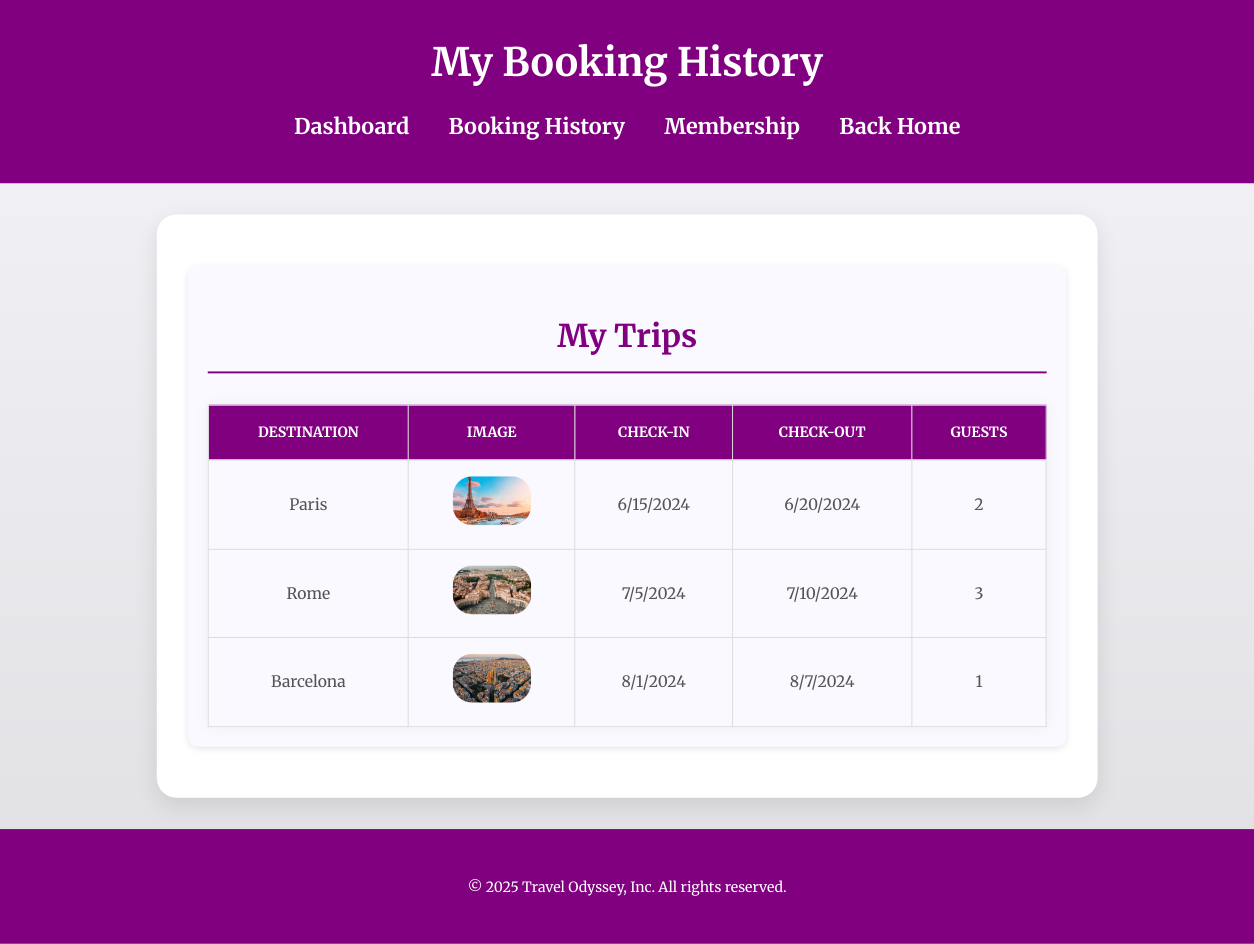
Repository: GHzPhoenix/Project-Odyssey
Page: Frontend/booking-history.html
These files come from the project's save history. The page is drawn as it stood at one moment and after the next save; the edit follows.
The browser window is 1280 px wide. The pictures show the whole page, at 98% of full size.
The page's requests for data from a server got no answer.

Above is the page before, as saved 2025-06-09 01:32:57.

### Frontend/booking-history.html
<!DOCTYPE html>
<html lang="en">
  <head>
    <meta charset="UTF-8" />
    <meta name="viewport" content="width=device-width, initial-scale=1.0" />
    <title>Booking History</title>
    <link rel="stylesheet" href="/Frontend/css/dashboard.css" />
    <link rel="stylesheet" href="/Frontend/css/booking-history.css" />
    <link
      href="https://fonts.googleapis.com/css2?family=Merriweather:wght@400;700&display=swap"
      rel="stylesheet"
    />
  </head>
  <body>
    <header>
      <h1>My Booking History</h1>
      <nav>
        <a href="dashboard.html">Dashboard</a>
        <a href="booking-history.html">Booking History</a>
        <a href="membership-confirmation.html">Membership</a>
        <a href="index.html">Back Home</a>
      </nav>
    </header>

    <main>
      <section class="bookings dashboard-section">
        <h2>My Trips</h2>
        <table class="booking-table">
          <thead>
            <tr>
              <th>Destination</th>
              <th>Image</th>
              <th>Check-in</th>
              <th>Check-out</th>
              <th>Guests</th>
            </tr>
          </thead>
          <tbody id="booking-table-body">
            <tr>
              <td colspan="5">Loading your bookings…</td>
            </tr>
          </tbody>
        </table>
      </section>
    </main>

    <footer class="footer">
      <div class="footer-container"></div>
      <div class="footer-bottom">
        <p>© 2025 Travel Odyssey, Inc. All rights reserved.</p>
      </div>
    </footer>

    <script>
      function toggleMenu() {
        document.querySelector(".nav-menu").classList.toggle("active");
      }

      const fallbackBookings = [
        {
          destination: "Paris",
          image: "../Frontend/assets/paris.jpg",
          start_date: "2024-06-15",
          end_date: "2024-06-20",
          guests: 2,
        },
        {
          destination: "Rome",
          image: "../Frontend/assets/rome.jpg",
          start_date: "2024-07-05",
          end_date: "2024-07-10",
          guests: 3,
        },
        {
          destination: "Barcelona",
          image: "../Frontend/assets/barcelona.jpg",
          start_date: "2024-08-01",
          end_date: "2024-08-07",
          guests: 1,
        },
      ];

      async function loadBookings() {
        const tbody = document.getElementById("booking-table-body");
        const token = localStorage.getItem("token");

        try {
          const res = await fetch("http://127.0.0.1:5001/api/bookings", {
            headers: { Authorization: `Bearer ${token}` },
          });
          const data = await res.json();

          const bookings =
            Array.isArray(data) && data.length > 0 ? data : fallbackBookings;

          tbody.innerHTML = "";

          bookings.forEach((b) => {
            const tr = document.createElement("tr");
            const imgUrl =
              b.image ||
              fallbackBookings.find((f) => f.destination === b.destination)
                ?.image ||
              fallbackBookings[0].image;

            tr.innerHTML = `
              <td>${b.destination}</td>
              <td><img src="${imgUrl}" alt="${
              b.destination
            }" class="booking-thumb"/></td>
              <td>${new Date(b.start_date).toLocaleDateString()}</td>
              <td>${new Date(b.end_date).toLocaleDateString()}</td>
              <td>${b.guests}</td>
            `;
            tbody.appendChild(tr);
          });
        } catch (err) {
          console.error("Error fetching bookings:", err);
          tbody.innerHTML = "";
          fallbackBookings.forEach((b) => {
            const tr = document.createElement("tr");
            tr.innerHTML = `
              <td>${b.destination}</td>
              <td><img src="${b.image}" alt="${
              b.destination
            }" class="booking-thumb"/></td>
              <td>${new Date(b.start_date).toLocaleDateString()}</td>
              <td>${new Date(b.end_date).toLocaleDateString()}</td>
              <td>${b.guests}</td>
            `;
            tbody.appendChild(tr);
          });
        }
      }

      document.addEventListener("DOMContentLoaded", loadBookings);
    </script>
  </body>
</html>

### Frontend/css/dashboard.css
:root {
  --color-primary: purple;
  --color-accent: #ff6f91;
  --color-bg-light: #f4f4f9;
  --color-bg-lighter: #e0e0e3;
  --color-text: #333;
  --color-text-light: #555;
  --radius: 1.25rem;
  --spacing-sm: 0.5rem;
  --spacing-md: 1rem;
  --spacing-lg: 2rem;
  --font-base: 1rem;
  --font-scale: 1.125rem;
}
body {
  font-family: "Merriweather", serif;
  background: linear-gradient(to bottom, #f4f4f9, #e0e0e3);
  margin: 0;
  padding: 0;
}

header {
  background-color: purple;
  color: white;
  text-align: center;
  padding: 20px;
  font-size: 22px;
  font-weight: bold;
}

nav {
  display: flex;
  justify-content: center;
  flex-wrap: wrap;
  gap: var(--spacing-sm);
}

nav a {
  display: inline-block;
  padding: var(--spacing-sm) var(--spacing-md);
  background-color: var(--color-primary);
  color: #fff;
  text-decoration: none;
  font-weight: 600;
  border-radius: var(--radius);
  transition: background-color 0.3s ease;
}

nav a:hover {
  background-color: var(--color-accent);
  color: #fff;
}
.menu-toggle {
  display: none;
  flex-direction: column;
  cursor: pointer;
}

.menu-toggle div {
  width: 28px;
  height: 3px;
  background-color: white;
  margin: 4px 0;
}

@media (max-width: 768px) {
  nav ul {
    flex-direction: column;
    width: 100%;
    display: none;
    background-color: purple;
    margin-top: 10px;
    padding: 10px 0;
  }

  nav ul.active {
    display: flex;
  }

  .menu-toggle {
    display: flex;
  }

  nav ul li {
    width: 100%;
    text-align: center;
  }
}

main {
  max-width: 1000px;
  margin: 30px auto;
  padding: 30px;
  background-color: white;
  border-radius: 12px;
  box-shadow: 0px 5px 15px rgba(0, 0, 0, 0.1);
}

h2 {
  color: purple;
  font-size: 24px;
  margin-bottom: 20px;
  text-align: center;
  border-bottom: 2px solid purple;
  padding-bottom: 10px;
}

.dashboard-section {
  margin: 20px 0;
  padding: 20px;
  background-color: #f9f9ff;
  border-radius: 10px;
  box-shadow: 0px 2px 8px rgba(0, 0, 0, 0.1);
}

.dashboard-section h3 {
  font-size: 20px;
  color: purple;
  margin-bottom: 10px;
}

.deals-container {
  display: grid;
  grid-template-columns: repeat(auto-fit, minmax(280px, 1fr));
  gap: 1.5rem;
  margin-top: 2rem;
  padding: 0;
}

.deal-card {
  background-color: #fff;
  border-radius: 12px;
  overflow: hidden;
  box-shadow: 0 4px 10px rgba(0, 0, 0, 0.1);
  transition: transform 0.2s ease, box-shadow 0.2s ease;
  display: flex;
  flex-direction: column;
}

.deal-card:hover {
  transform: translateY(-4px);
  box-shadow: 0 6px 14px rgba(0, 0, 0, 0.15);
}

.deal-card img {
  width: 100%;
  height: 180px;
  object-fit: cover;
  display: block;
}

.deal-card-body {
  padding: 1rem;
  flex: 1;
  display: flex;
  flex-direction: column;
}

.deal-card-body h3 {
  margin: 0 0 0.5rem;
  font-size: 1.25rem;
  color: purple;
}

.deal-card-body p {
  margin: 0.25rem 0;
  color: #555;
  font-size: 0.95rem;
  flex: 1;
}

.card-button {
  display: inline-block;
  background-color: purple;
  color: #fff;
  text-decoration: none;
  padding: 0.5rem 1rem;
  border-radius: 20px;
  font-weight: bold;
  font-size: 0.95rem;
  text-align: center;
  transition: background-color 0.3s ease;
  margin-top: 1rem;
}

.card-button:hover {
  background-color: #ff6f91;
  color: #fff;
}

.no-deals {
  text-align: center;
  font-size: 1rem;
  color: #555;
  margin-top: 2rem;
}

@media (max-width: 600px) {
  .deals-container {
    grid-template-columns: 1fr;
  }
  .deal-card img {
    height: 200px;
  }
}

.dashboard-section p {
  font-size: 16px;
  color: #555;
}

.button {
  background-color: purple;
  color: white;
  padding: 10px 18px;
  border-radius: 25px;
  text-decoration: none;
  display: inline-block;
  margin-top: 15px;
  font-weight: bold;
  transition: background 0.3s ease-in-out;
}

.button:hover {
  background-color: #ff3b72;
}

footer {
  background-color: purple;
  color: white;
  text-align: center;
  padding: 20px;
  margin-top: 40px;
}

@media (max-width: 768px) {
  main {
    margin: 20px;
    padding: 20px;
  }
}

### Frontend/css/booking-history.css
:root {
  --color-primary: purple;
  --color-accent: #ff6f91;
  --color-bg-light: #f4f4f9;
  --color-bg-lighter: #e0e0e3;
  --color-text: #333;
  --color-text-light: #555;
  --radius: 1.25rem;
  --spacing-sm: 0.5rem;
  --spacing-md: 1rem;
  --spacing-lg: 2rem;
  --font-base: 1rem;
  --font-scale: 1.125rem;
}

*,
*::before,
*::after {
  box-sizing: border-box;
}

body {
  margin: 0;
  padding: 0;
  font-family: "Merriweather", serif;
  background: linear-gradient(
    to bottom,
    var(--color-bg-light),
    var(--color-bg-lighter)
  );
  color: var(--color-text);
  line-height: 1.6;
  font-size: var(--font-base);
}

header {
  background-color: var(--color-primary);
  color: #fff;
  padding: var(--spacing-lg) var(--spacing-md);
  text-align: center;
}

header h1 {
  margin: 0 0 var(--spacing-sm);
  font-size: 2.5rem;
}

nav {
  display: flex;
  justify-content: center;
  flex-wrap: wrap;
  gap: var(--spacing-sm);
}

nav a {
  display: inline-block;
  padding: var(--spacing-sm) var(--spacing-md);
  background-color: var(--color-primary);
  color: #fff;
  text-decoration: none;
  font-weight: 600;
  border-radius: var(--radius);
  transition: background-color 0.3s ease;
}

nav a:hover {
  background-color: var(--color-accent);
  color: #fff;
}

main {
  max-width: 60rem;
  margin: var(--spacing-lg) auto;
  padding: var(--spacing-lg);
  background: #fff;
  border-radius: var(--radius);
  box-shadow: 0 0.5rem 1.5rem rgba(0, 0, 0, 0.1);
}

.bookings h2 {
  font-size: 2rem;
  color: var(--color-primary);
  text-align: center;
  margin-bottom: var(--spacing-lg);
}

.booking-table {
  width: 100%;
  border-collapse: collapse;
  font-size: var(--font-base);
  background: #fdfdff;
  box-shadow: 0 0 1rem rgba(0, 0, 0, 0.05);
}

.booking-table th,
.booking-table td {
  padding: var(--spacing-md);
  border: 1px solid #ddd;
  text-align: center;
}

.booking-table th {
  background-color: var(--color-primary);
  color: #fff;
  text-transform: uppercase;
  font-size: 0.9rem;
}

.booking-table td {
  background-color: #f9f9ff;
  color: var(--color-text-light);
}

.booking-thumb {
  width: 80px;
  height: 50px;
  object-fit: cover;
  border-radius: var(--radius);
}

.preview-gallery {
  margin-top: var(--spacing-lg);
  text-align: center;
}

.preview-gallery h2 {
  font-size: 2rem;
  color: var(--color-primary);
  margin-bottom: var(--spacing-lg);
}

.image-grid {
  display: grid;
  grid-template-columns: repeat(auto-fit, minmax(12rem, 1fr));
  gap: var(--spacing-lg);
}

.image-card {
  background: #fff;
  border-radius: var(--radius);
  box-shadow: 0 0.5rem 1.5rem rgba(0, 0, 0, 0.1);
  overflow: hidden;
  transition: transform 0.3s ease, box-shadow 0.3s ease;
}

.image-card:hover {
  transform: translateY(-0.5rem);
  box-shadow: 0 1rem 2rem rgba(0, 0, 0, 0.2);
}

.image-card img {
  width: 100%;
  height: 12rem;
  object-fit: cover;
  border-bottom: 0.25rem solid var(--color-primary);
}

.image-card p {
  margin: 0;
  padding: var(--spacing-md);
  font-size: var(--font-scale);
  color: var(--color-primary);
  font-weight: 700;
}

.footer {
  background-color: var(--color-primary);
  color: #fff;
  text-align: center;
  padding: var(--spacing-lg) var(--spacing-md);
  margin-top: var(--spacing-lg);
}

.footer-bottom {
  margin-top: var(--spacing-md);
  font-size: 0.9rem;
}

@media (max-width: 768px) {
  header h1 {
    font-size: 2rem;
  }

  nav a {
    margin: var(--spacing-sm) 0;
    width: 90%;
    text-align: center;
  }

  .booking-table,
  .booking-table th,
  .booking-table td {
    font-size: 0.9rem;
  }

  main {
    padding: var(--spacing-md);
    margin: var(--spacing-md);
  }
}

After the next save:
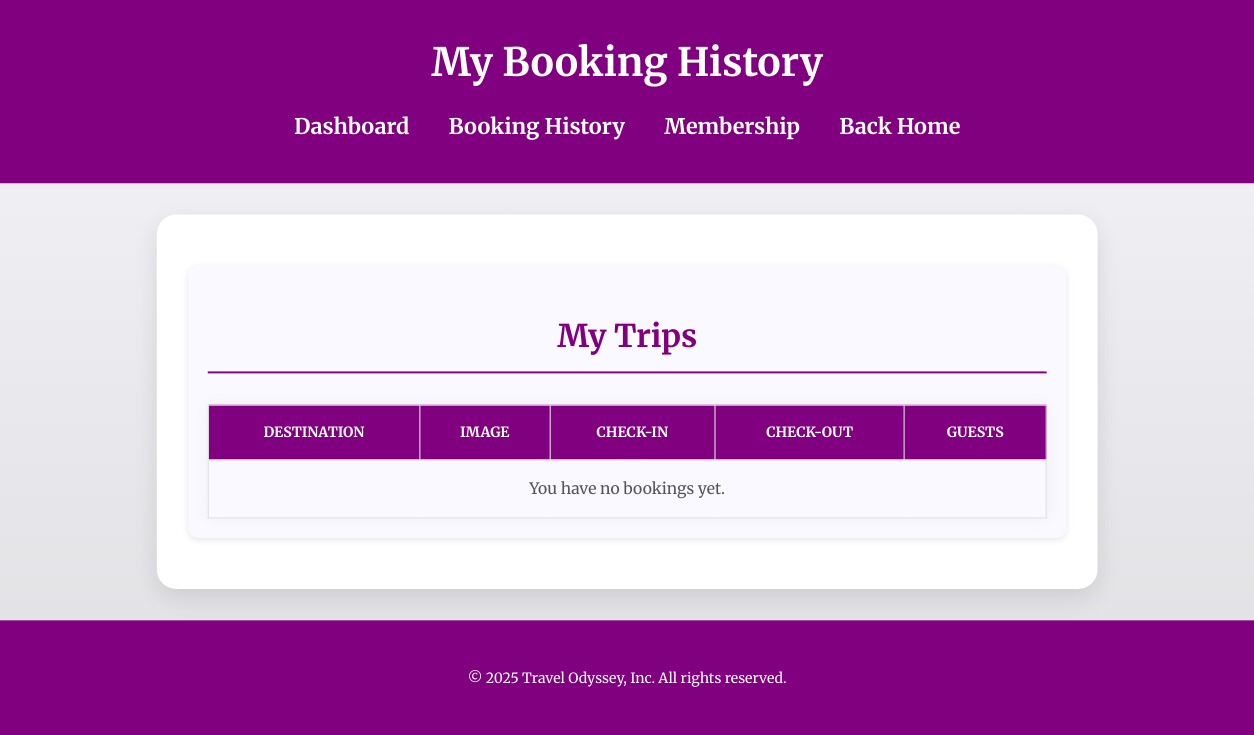
Saved 2 min 14 s later.
--- a/Frontend/booking-history.html
+++ b/Frontend/booking-history.html
@@ -52,85 +52,61 @@
     </footer>
 
     <script>
-      function toggleMenu() {
-        document.querySelector(".nav-menu").classList.toggle("active");
+      async function fetchJSON(url, opts = {}) {
+        const token = localStorage.getItem("token");
+        opts.headers = {
+          ...(opts.headers || {}),
+          "Content-Type": "application/json",
+          Authorization: token ? `Bearer ${token}` : "",
+        };
+        const res = await fetch(url, opts);
+        if (!res.ok) throw await res.json();
+        return res.json();
       }
-
-      const fallbackBookings = [
-        {
-          destination: "Paris",
-          image: "../Frontend/assets/paris.jpg",
-          start_date: "2024-06-15",
-          end_date: "2024-06-20",
-          guests: 2,
-        },
-        {
-          destination: "Rome",
-          image: "../Frontend/assets/rome.jpg",
-          start_date: "2024-07-05",
-          end_date: "2024-07-10",
-          guests: 3,
-        },
-        {
-          destination: "Barcelona",
-          image: "../Frontend/assets/barcelona.jpg",
-          start_date: "2024-08-01",
-          end_date: "2024-08-07",
-          guests: 1,
-        },
-      ];
 
       async function loadBookings() {
         const tbody = document.getElementById("booking-table-body");
-        const token = localStorage.getItem("token");
+        tbody.innerHTML =
+          "<tr><td colspan='5'>Loading your bookings…</td></tr>";
 
+        let dealsMap = {};
         try {
-          const res = await fetch("http://127.0.0.1:5001/api/bookings", {
-            headers: { Authorization: `Bearer ${token}` },
-          });
-          const data = await res.json();
+          const deals = await fetchJSON("http://127.0.0.1:5001/api/deals");
+          deals.forEach((d) => (dealsMap[d.id] = d.image_url));
+        } catch (e) {
+          console.error("Could not load deals, images will fallback.", e);
+        }
 
-          const bookings =
-            Array.isArray(data) && data.length > 0 ? data : fallbackBookings;
-
-          tbody.innerHTML = "";
-
-          bookings.forEach((b) => {
-            const tr = document.createElement("tr");
-            const imgUrl =
-              b.image ||
-              fallbackBookings.find((f) => f.destination === b.destination)
-                ?.image ||
-              fallbackBookings[0].image;
-
-            tr.innerHTML = `
-              <td>${b.destination}</td>
-              <td><img src="${imgUrl}" alt="${
-              b.destination
-            }" class="booking-thumb"/></td>
-              <td>${new Date(b.start_date).toLocaleDateString()}</td>
-              <td>${new Date(b.end_date).toLocaleDateString()}</td>
-              <td>${b.guests}</td>
-            `;
-            tbody.appendChild(tr);
-          });
+        let bookings;
+        try {
+          bookings = await fetchJSON("http://127.0.0.1:5001/api/bookings");
         } catch (err) {
           console.error("Error fetching bookings:", err);
-          tbody.innerHTML = "";
-          fallbackBookings.forEach((b) => {
-            const tr = document.createElement("tr");
-            tr.innerHTML = `
-              <td>${b.destination}</td>
-              <td><img src="${b.image}" alt="${
-              b.destination
-            }" class="booking-thumb"/></td>
-              <td>${new Date(b.start_date).toLocaleDateString()}</td>
-              <td>${new Date(b.end_date).toLocaleDateString()}</td>
-              <td>${b.guests}</td>
-            `;
-            tbody.appendChild(tr);
-          });
+          bookings = [];
         }
+
+        tbody.innerHTML = "";
+        if (!bookings.length) {
+          tbody.innerHTML =
+            "<tr><td colspan='5'>You have no bookings yet.</td></tr>";
+          return;
+        }
+
+        bookings.forEach((b) => {
+          const imgUrl =
+            dealsMap[b.deal_id] || "/Frontend/assets/default-deal.jpg";
+          const tr = document.createElement("tr");
+          tr.innerHTML = `
+        <td>${b.destination}</td>
+        <td><img src="${imgUrl}" alt="${
+            b.destination
+          }" class="booking-thumb"/></td>
+        <td>${new Date(b.start_date).toLocaleDateString()}</td>
+        <td>${new Date(b.end_date).toLocaleDateString()}</td>
+        <td>${b.guests}</td>
+      `;
+          tbody.appendChild(tr);
+        });
       }
 
       document.addEventListener("DOMContentLoaded", loadBookings);
